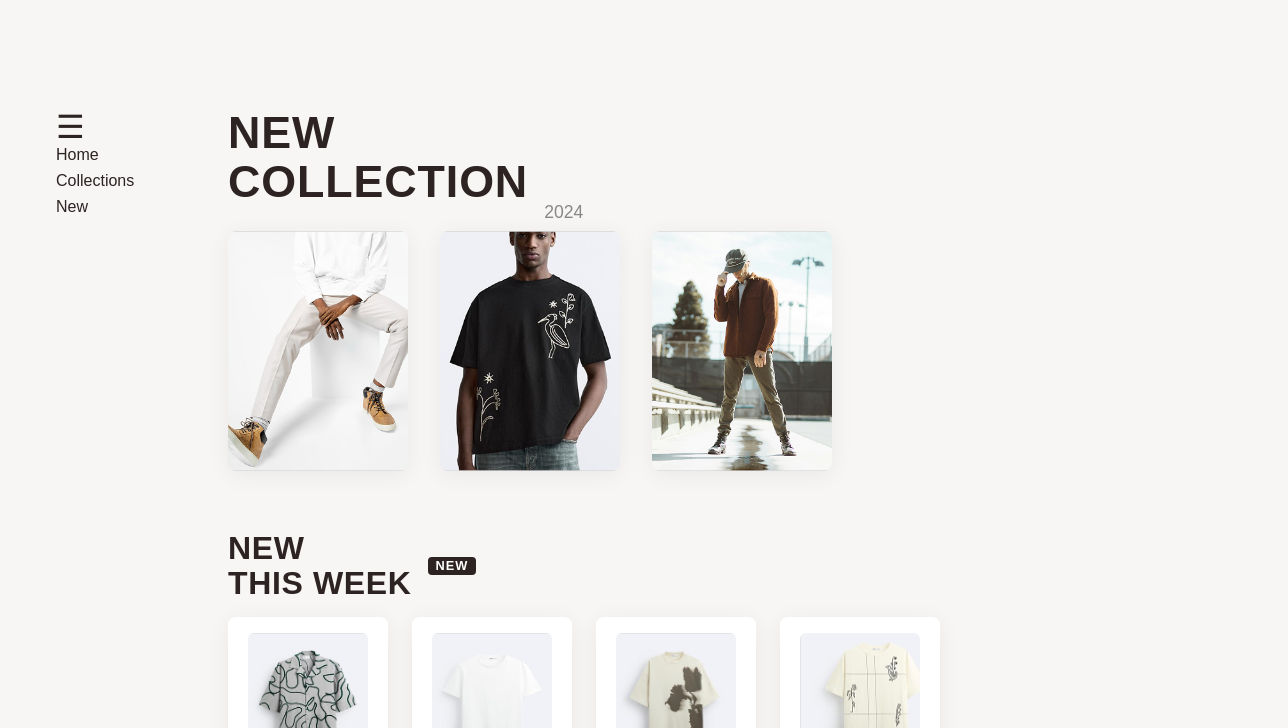
Repository: Diegoms0595/retail-dashboard-app
Page: index.html
An editor plug-in stored every save of this project. The page is shown before and after the next save, followed by the edit.
The browser window is 1280 px wide. The page is 1288 px wide, so the pictures cover 1288 px, including what lies to the right of the window. The pictures show the whole page.
Pictures or frames that could not be fetched are drawn as grey boxes. An inner scrolling area shows only its first screen.

Above is the page before, as saved 2025-06-23 18:01:10.

After the next save:
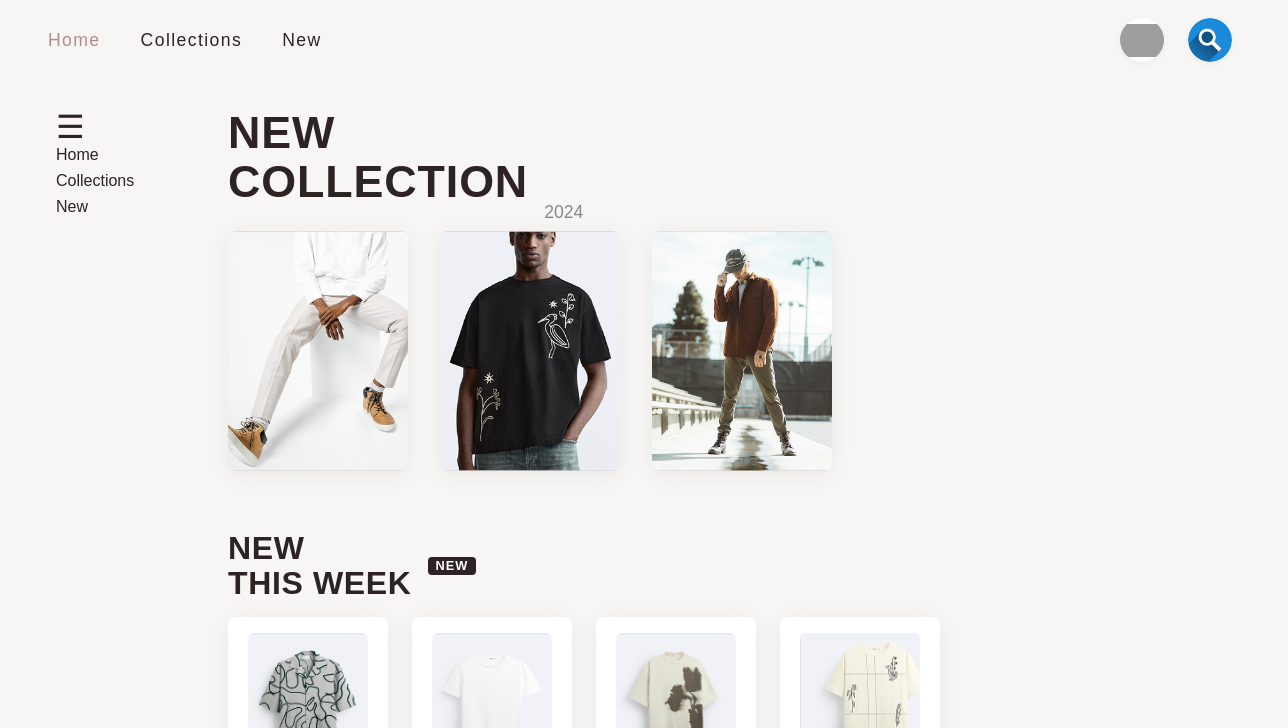
Saved 76 min 40 s later.
--- a/index.html
+++ b/index.html
@@ -5,6 +5,7 @@
   <meta name="viewport" content="width=device-width, initial-scale=1.0"/>
   <title>XIV Fashion Home</title>
   <link rel="stylesheet" href="style.css" />
+  <script src="include.js" defer></script>
 </head>
 <body>
 
@@ -101,6 +102,5 @@
 
   <div data-include="footer.html"></div>
 
-
 </body>
 </html>
